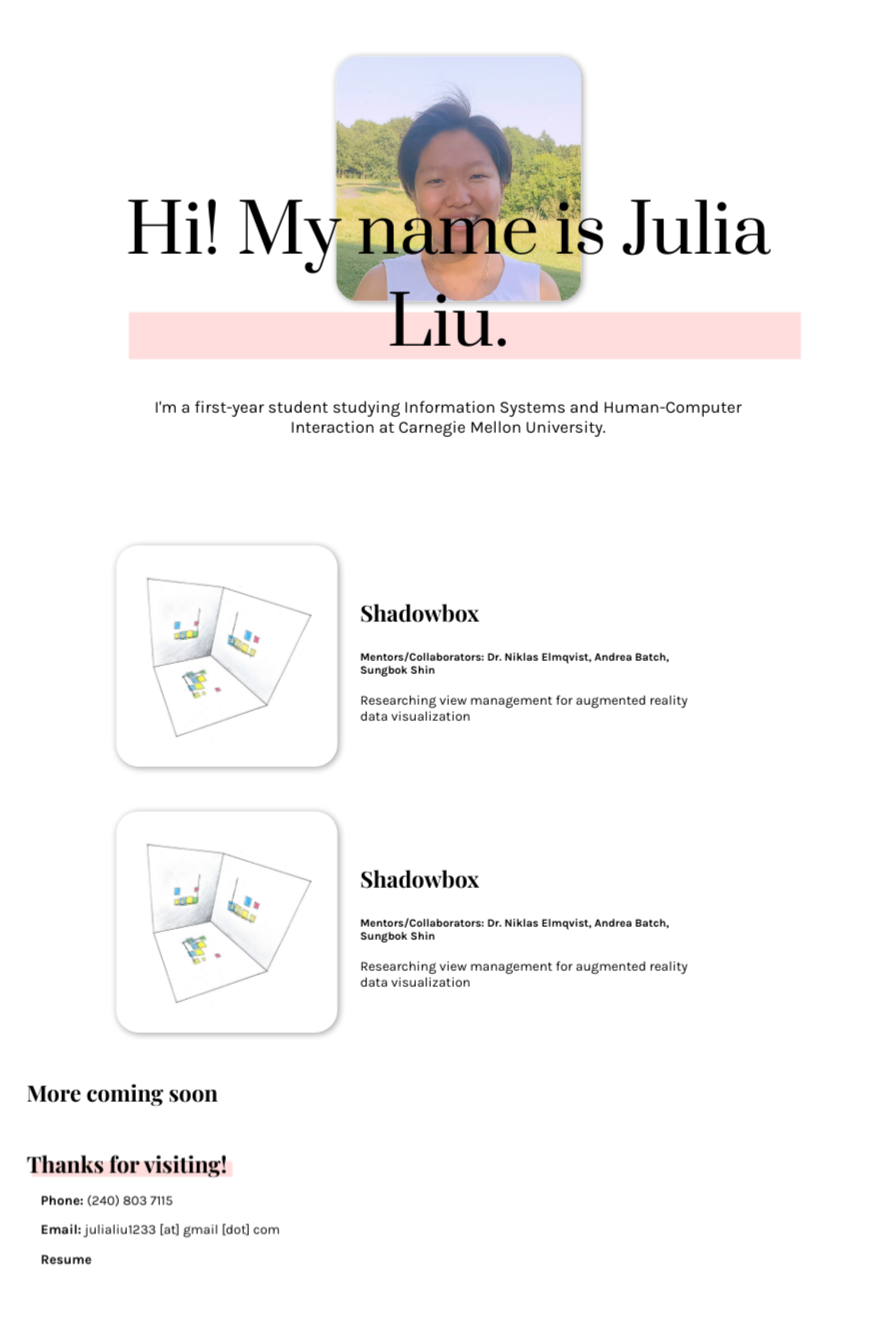
Repository: liu-julia/liu-julia.github.io
Page: index.html
An editor plug-in stored every save of this project. The page is shown before and after the next save, followed by the edit.
The browser window is 1280 px wide. The pictures show the whole page, at 70% of full size.

Above is the page before, as saved 2022-04-28 11:33:07.

After the next save:
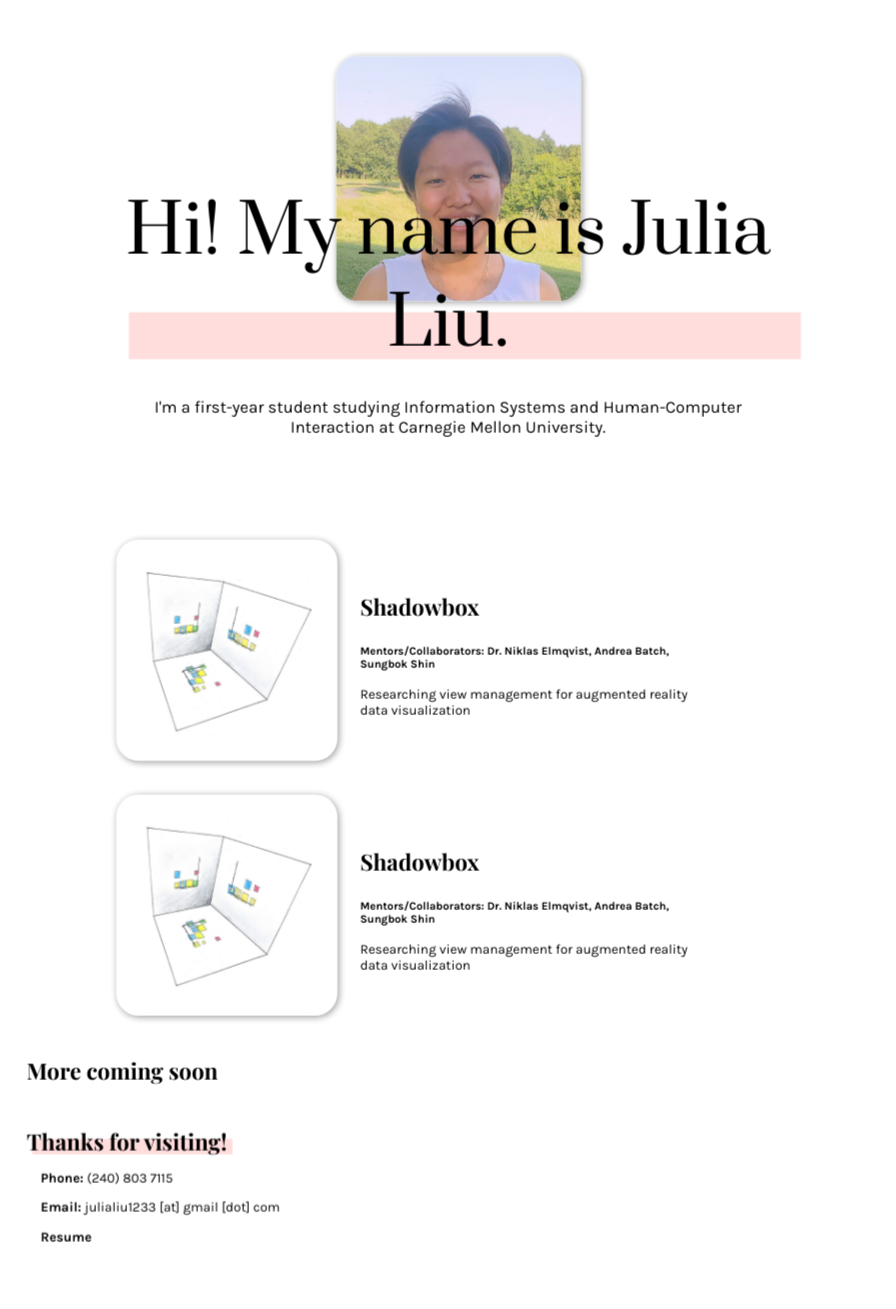
Saved 10 s later.
--- a/css/styles.css
+++ b/css/styles.css
@@ -209,7 +209,7 @@ body {
     display: flex;
     margin: auto;
     height: 35%;
-    padding: 4rem;
+    padding: 3.5rem;
 }
 .project img {
     max-width: 40%;
